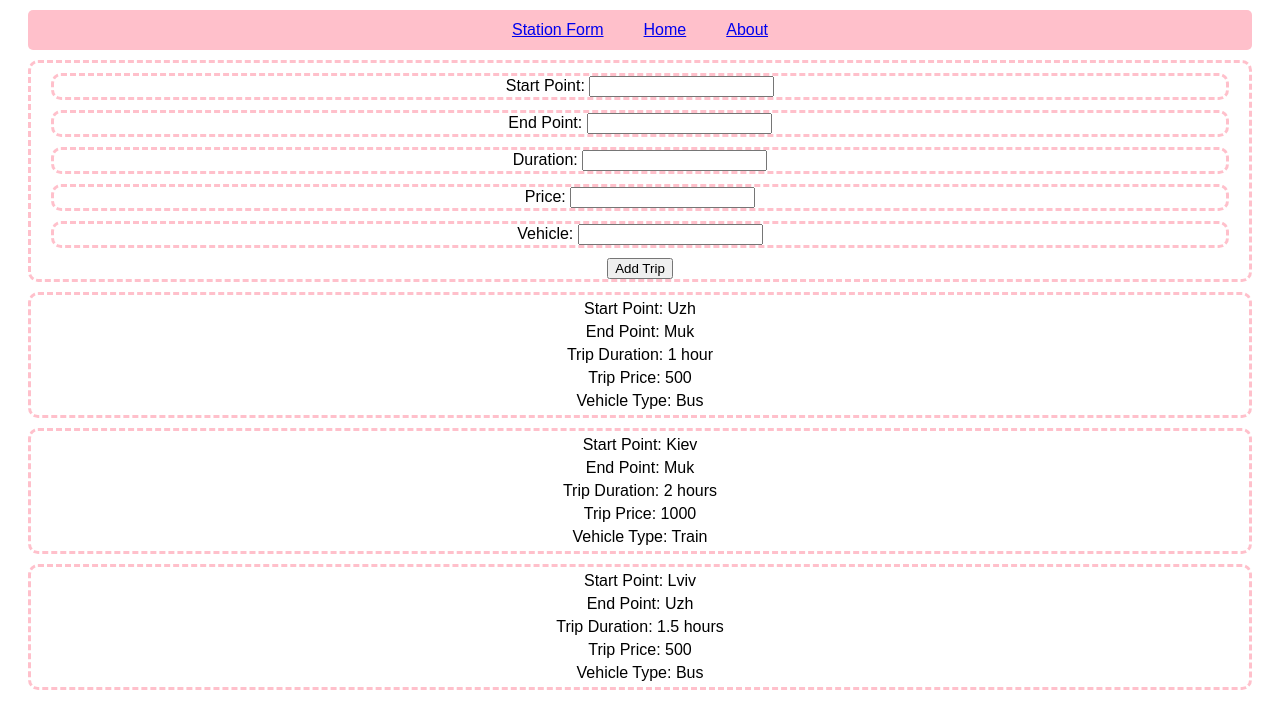
Repository: rutsguifd/mkr2
Page: /#/station-form
An editor plug-in stored every save of this project. The page is shown before and after the next save, followed by the edit.
The browser window is 1280 px wide. The pictures show the whole page.
The project was rebuilt for these pictures with package versions that can differ from the ones it lists, and the page was loaded fresh each time. Also part of the build but not shown: src/views/Home.vue, src/views/About.vue.

Above is the page before, as saved 2021-12-21 20:37:18.

After the next save:
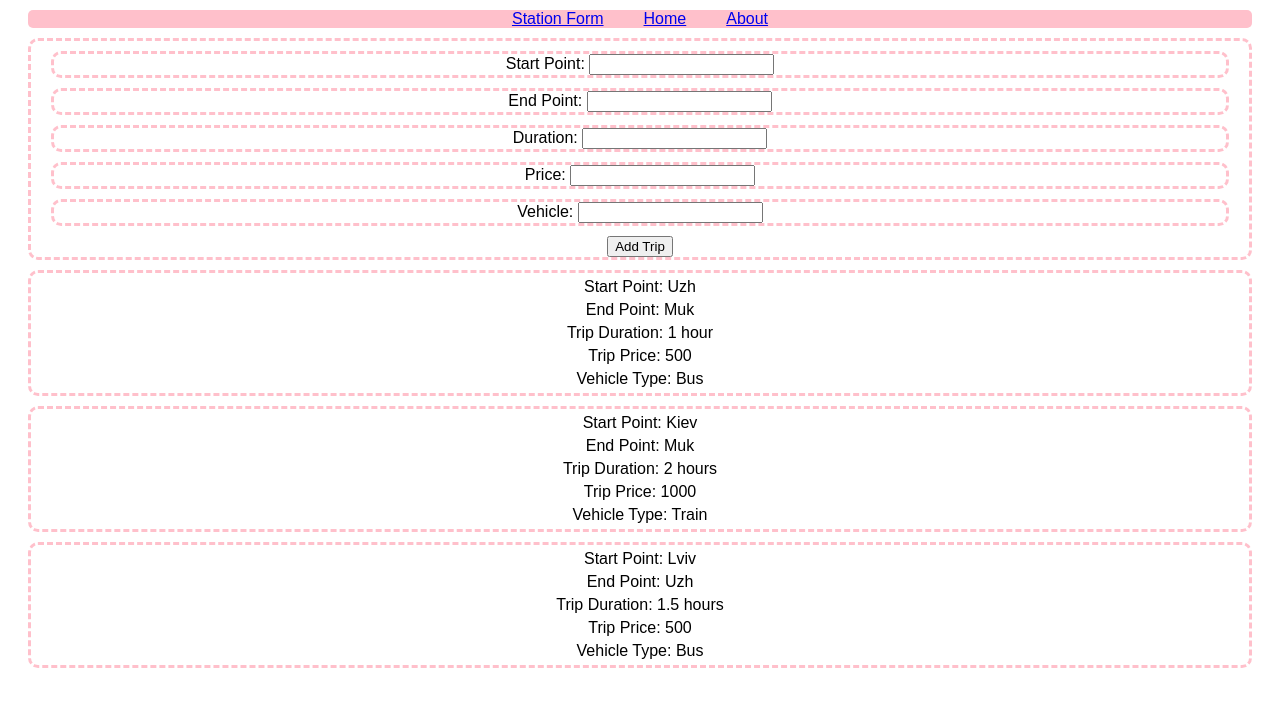
Saved 8 s later.
--- a/src/components/Header.vue
+++ b/src/components/Header.vue
@@ -12,8 +12,6 @@ export default {};
 
 <style lang="scss" scoped>
 .header{
-    height: 40px;
-    align-content: center;
     text-align: center;
     margin: 10px 20px;
     background: pink;
